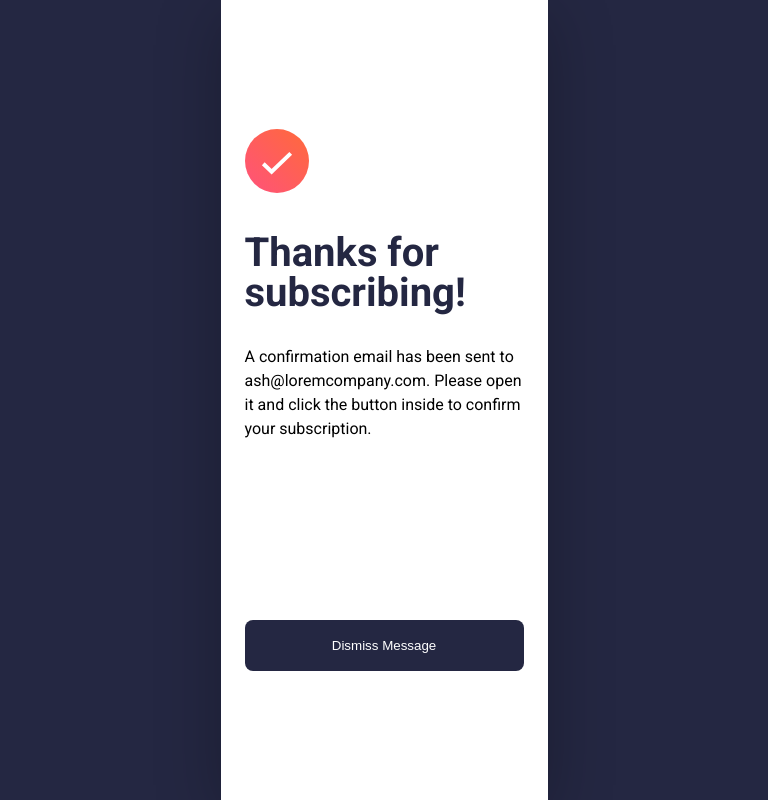
Repository: brandontaylor1/newsletter-signup
Page: success.html
These files come from the project's save history. The page is drawn as it stood at one moment and after the next save; the edit follows.
The browser window is 768 px wide. The pictures show the whole page.

Above is the page before, as saved 2025-01-20 10:47:09.

After the next save:
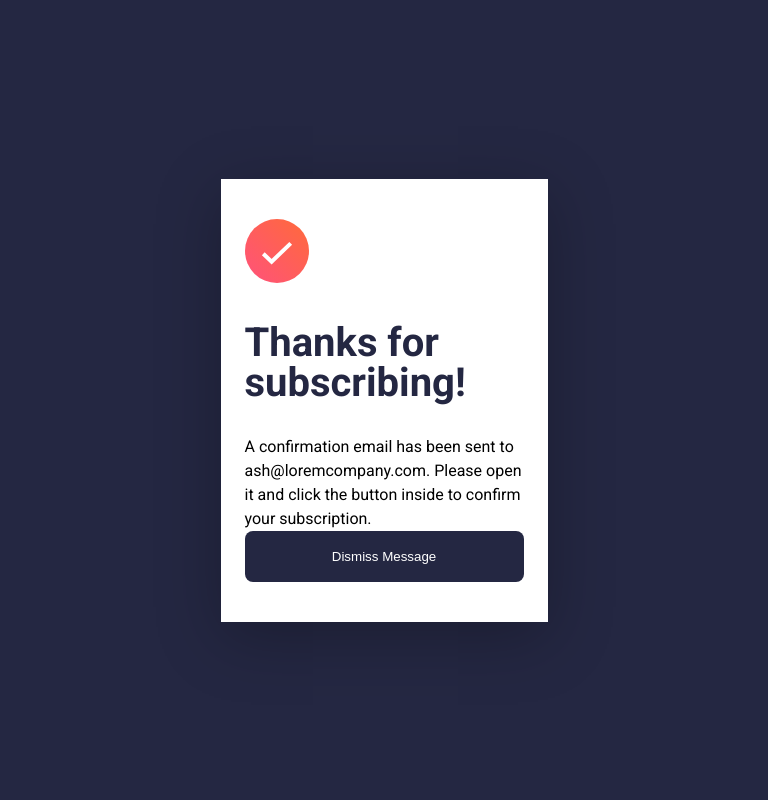
Saved 2 min 18 s later.
--- a/success.css
+++ b/success.css
@@ -100,7 +100,7 @@ button:hover {
 
     .success-card {
         width: 327px;
-        height: 812px;
+        height: auto;
         padding: 40px 24px;
         border-radius: 0px;
         display: flex;
